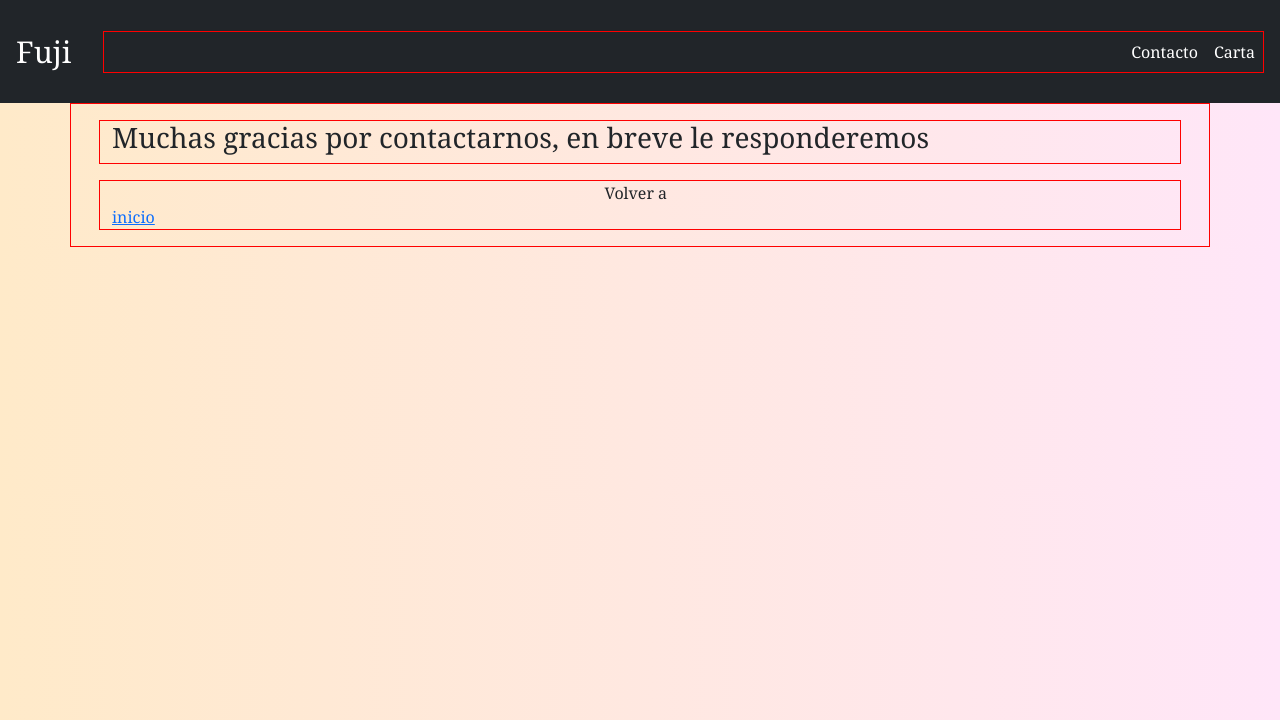
Repository: aipacheco/Fuji-restaurante
Page: answer.html
These files come from the project's save history. The page is drawn as it stood at one moment and after the next save; the edit follows.
The browser window is 1280 px wide. The pictures show the whole page.
Some web libraries are served in a nearby version.

Above is the page before, as saved 2024-01-29 18:09:18.

### answer.html
<!DOCTYPE html>
<html lang="en">
  <head>
    <meta charset="UTF-8" />
    <meta name="viewport" content="width=device-width, initial-scale=1.0" />

    <link
      href="https://cdn.jsdelivr.net/npm/bootstrap@5.3.2/dist/css/bootstrap.min.css"
      rel="stylesheet"
      integrity="sha384-T3c6CoIi6uLrA9TneNEoa7RxnatzjcDSCmG1MXxSR1GAsXEV/Dwwykc2MPK8M2HN"
      crossorigin="anonymous"
    />
    <link rel="stylesheet" href="./css/styles.css" />
    <title>Respuesta</title>
  </head>

  <body>
    <!-- Navbar -->
    <nav class="navbar navbar-expand-lg bg-dark" data-bs-theme="dark">
      <a class="navbar-brand d-flex align-items-center m-3" href="./index.html">
        <span id="icon">Fuji</span>
      </a>

      <button
        class="navbar-toggler m-3"
        type="button"
        data-toggle="collapse"
        data-target="#navbarNavDropdown"
        aria-controls="navbarNavDropdown"
        aria-expanded="false"
        aria-label="Toggle navigation"
      >
        <span class="navbar-toggler-icon"></span>
      </button>

      <div
        class="collapse navbar-collapse justify-content-end m-3"
        id="navbarNavDropdown"
      >
        <ul class="navbar-nav align-items-center">
          <li class="nav-item active m-2">
            <a href="/contacto.html">Contacto</a>
          </li>
          <li class="nav-item active m-2">
            <a href="/menu.html">Carta</a>
          </li>
        </ul>
      </div>
    </nav>

    <div class="container">
      <div class="row m-3">
        <h3>Muchas gracias por contactarnos, en breve le responderemos</h3>
      </div>
      <div class="row d-flex justify-content-center m-3">
        Volver a &nbsp;<a href="./index.html">inicio</a>
      </div>
    </div>

    <script src="https://code.jquery.com/jquery-3.2.1.slim.min.js"></script>
    <script src="https://cdnjs.cloudflare.com/ajax/libs/popper.js/1.12.9/umd/popper.min.js"></script>
    <script src="https://maxcdn.bootstrapcdn.com/bootstrap/4.0.0/js/bootstrap.min.js"></script>
  </body>
</html>

### css/styles.css
body {
  font-family: Georgia, "Times New Roman", Times, serif !important;
  margin: 0;
  padding: 0;
  background: rgb(255, 234, 201);
  background: linear-gradient(
    90deg,
    rgba(255, 234, 201, 1) 0%,
    rgba(255, 230, 248, 1) 100%
  );
  /* height: 100vh;
  width: 100vw; */
}
div {
  border: 1px solid red;
}
nav a{
  text-decoration: none;
  color: white;
}
#icon {
  font-size: 1.5em;
}
.img-restaurante{
  max-height: 30em;
  width: auto;
  object-fit: cover;
}
textarea {
  resize: none !important;
}
.card {
  background-color: rgba(250, 235, 215, 0.212);
  transition: 0.5s;
}
.card:hover{
  box-shadow: 6px 5px 10px 1px rgba(0,0,0,0.75);
  transition: 0.5s;
}
.card-footer{
  background-color: rgb(255, 241, 241);

}
.card-title{
  font-weight: bold;
}
.jumbotron{
  font-size: 6em;
  text-shadow: 1px 1px 3px #ffffff92, 1px 1px 15px #ededed50;
}

.img-menu {
  max-height: 17em;
  width: auto;
  object-fit: cover;
}
.row-menu{
  margin-top: 1em;
  margin-bottom: 1em;
}
iframe{

  height: 20em;
  padding: 0;
  margin: 0;
}

After the next save:
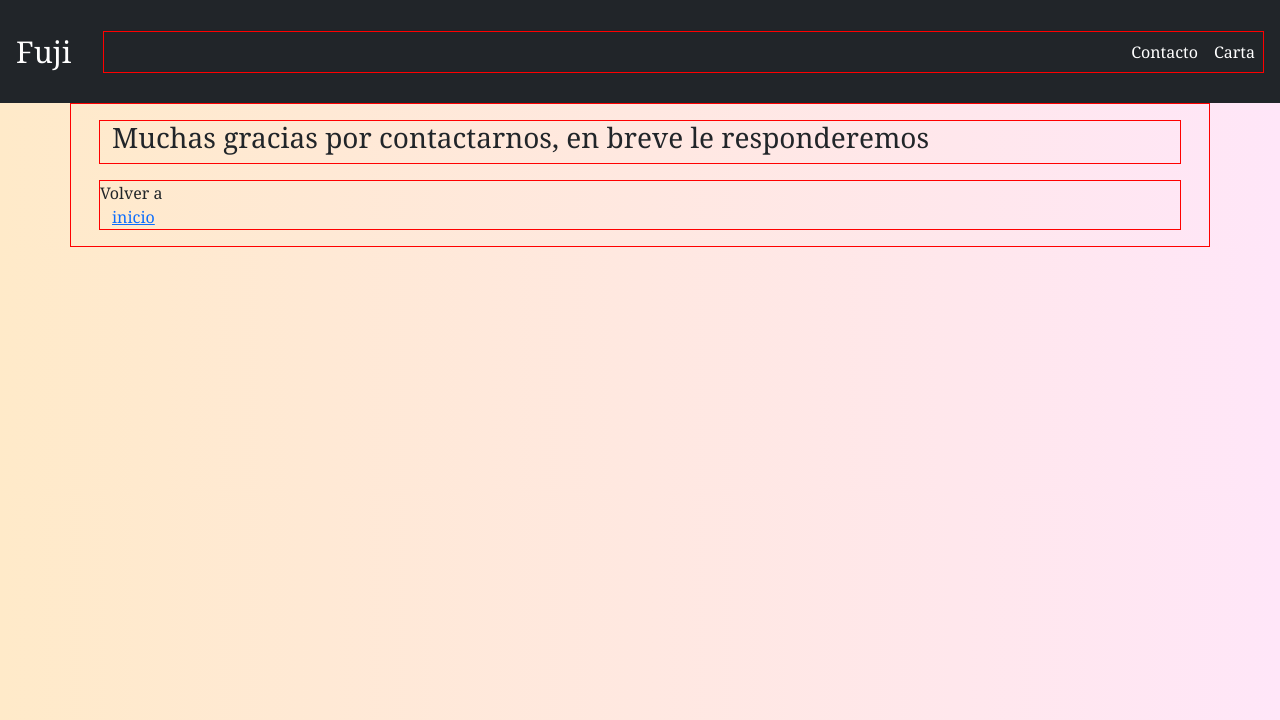
Saved 5 s later.
--- a/answer.html
+++ b/answer.html
@@ -52,7 +52,7 @@
       <div class="row m-3">
         <h3>Muchas gracias por contactarnos, en breve le responderemos</h3>
       </div>
-      <div class="row d-flex justify-content-center m-3">
+      <div class="row m-3">
         Volver a &nbsp;<a href="./index.html">inicio</a>
       </div>
     </div>
